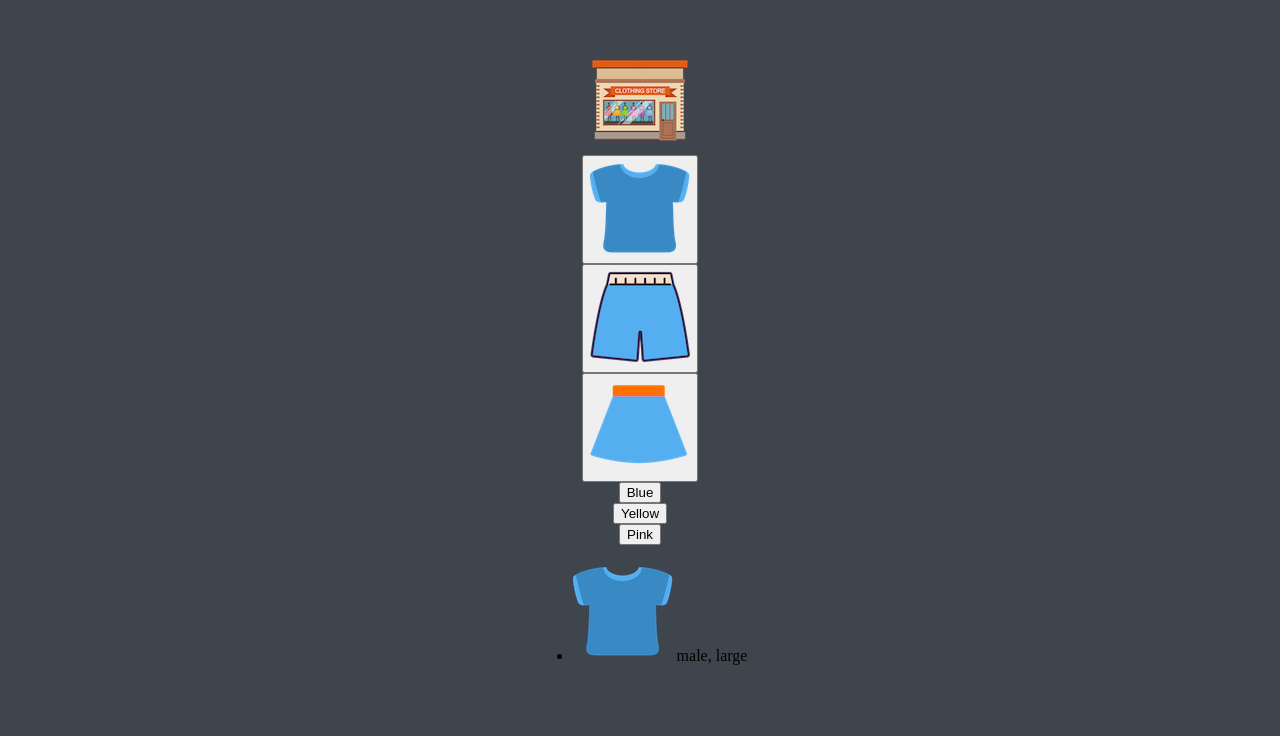
Repository: GoodHoneyCake/Dream_Coding_Academy1
Page: index.html
The author's editor kept a copy of each file at every save. The page is drawn from the files as they stood at one save, then again after the next save.
The browser window is 1280 px wide. The pictures show the whole page.

Above is the page before, as saved 2021-01-06 16:14:22.

### index.html
<!DOCTYPE html>
<html lang="en">
  <head>
    <meta charset="UTF-8" />
    <meta name="viewport" content="width=device-width, initial-scale=1.0" />
    <title>Online Shopping</title>
    <link rel="stylesheet" href="style.css" />
    <script src="src/main.js" defer></script>
  </head>
  <body>
    <!-- Logo -->
    <img src="img/logo.png" alt="Logo" class="logo" />
    <!-- Buttons -->
    <button class="btn">
      <img src="img/blue_t.png" alt="tshirt" class="imgBtn" />
    </button>
    <button class="btn">
      <img src="img/blue_p.png" alt="pants" class="imgBtn" />
    </button>
    <button class="btn">
      <img src="img/blue_s.png" alt="skirt" class="imgBtn" />
    </button>
    <button class="btn colorBtn blue">Blue</button>
    <button class="btn colorBtn yellow">Yellow</button>
    <button class="btn colorBtn pink">Pink</button>
    <!-- Items -->
    <ul class="items">
      <li class="item">
        <img src="img/blue_t.png" alt="tshirt" class="item_thumbnail" />
        <span class="item__description">male, large</span>
      </li>
    </ul>
  </body>
</html>

### style.css
:root {
  /* color */
  --color-black: #3f454d;
  --color-white: #ffffff;
  --color-blue: #3b88c3;
  --color-yellow: #fbbe28;
  --color-pink: #fd7f84;
  --color-light-grey: #dfdfdf;
}

* {
  box-sizing: border-box;
}

body {
  height: 100vh;
  background-color: var(--color-black);
  display: flex;
  flex-direction: column;
  justify-content: center;
  align-items: center;
}

.logo {
  cursor: pointer;
  transition: transform 300ms ease-in;
}

.logo:hover,
.btn:hover {
  transform: scale(1.1);
}

Loaded but not shown: src/main.js (no stored copy; drawn as an empty file)

After the next save:
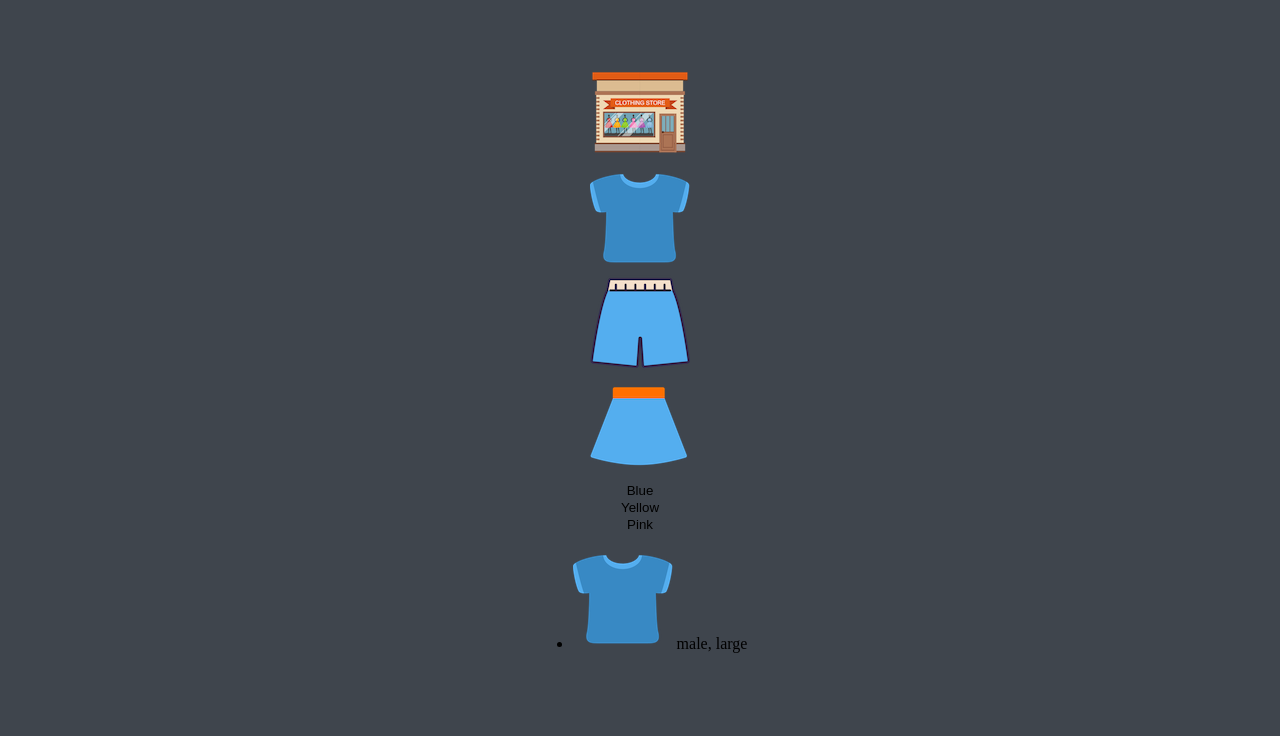
Saved 28 s later.
--- a/style.css
+++ b/style.css
@@ -26,6 +26,11 @@ body {
   transition: transform 300ms ease-in;
 }
 
+.btn {
+  background-color: transparent;
+  border: none;
+}
+
 .logo:hover,
 .btn:hover {
   transform: scale(1.1);
